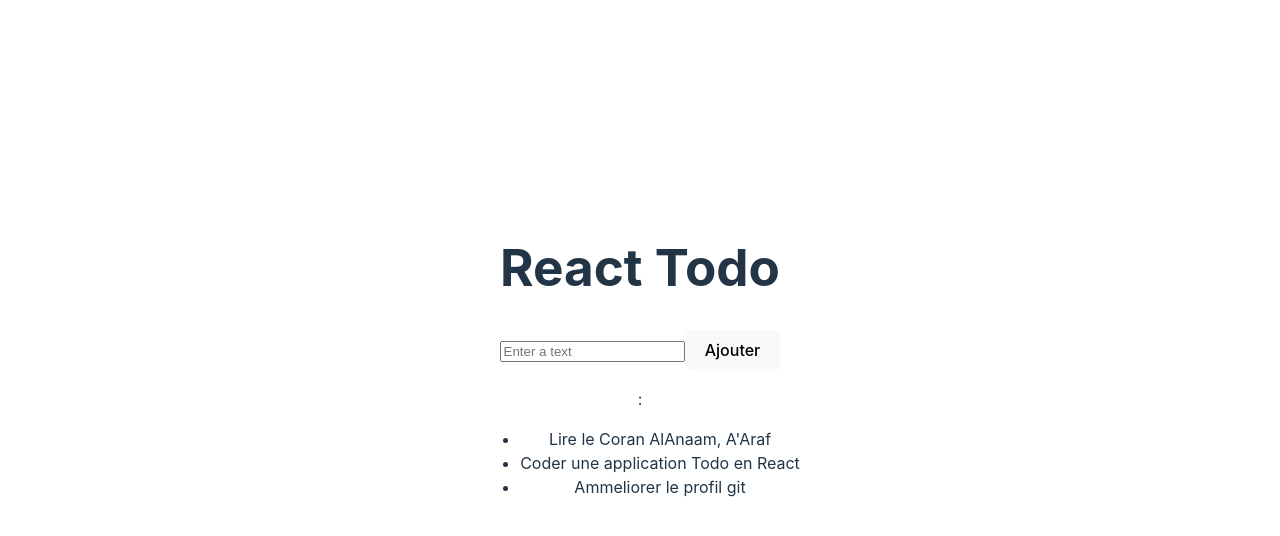
Repository: feyroozecode/React-Todo
Page: /
The author's editor kept a copy of each file at every save. The page is drawn from the files as they stood at one save, then again after the next save.
The browser window is 1280 px wide. The pictures show the whole page.
The project was rebuilt for these pictures with package versions that can differ from the ones it lists, and the page was loaded fresh each time. Also part of the build but not shown: vite.config.js.

Above is the page before, as saved 2023-09-21 10:51:42.

### src/App.jsx
import { useState } from 'react'

import './App.css'

export default function App() {

  const initialList = [
      'Lire le Coran AlAnaam, A\'Araf ' ,
      'Coder une application Todo en React',
      'Ammeliorer le profil git '
    ]

  const [todos, setTodos] = useState(initialList)
  const [input, setInput] = useState('')

  const handleInputChange = (e) =>  {
    setInput(e.target.value)
  }

  function handleAdd() {
    const item = todos.concat({ input })

    setTodos(item)
  }

  return (
    <>
      <div>
        <center> <h1> React Todo </h1> </center>
      </div>

      <div>
        <input
            type="text"
            placeholder='Enter a text'
            value={input}
            onChange={handleInputChange}
            />
        <button
          onClick={handleAdd}
          type='button'
          >Ajouter</button>
         <p>
          : <strong> { input } </strong>
          </p>

      </div>

     <ul>
      {
        todos.map(((item, index) => (
          <li key={index}> { item } </li>
        )))
      }
     </ul>

    </>
  )
}

Loaded but not shown: index.html (common file); src/main.jsx (common file); src/index.css (common file); src/App.css (common file)

After the next save:
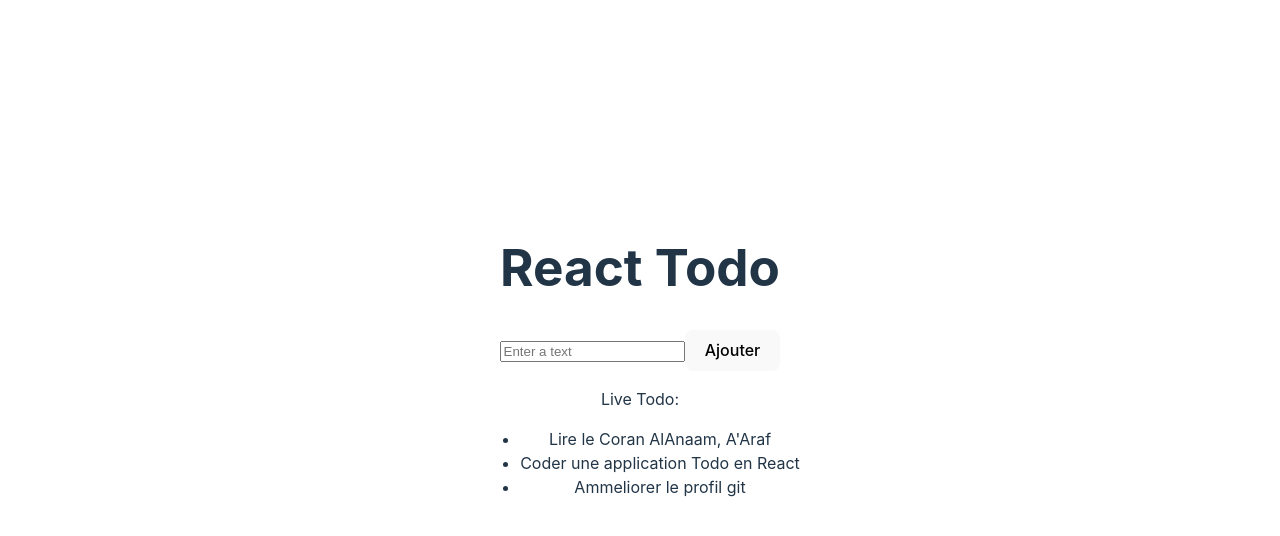
Saved 4 s later.
--- a/src/App.jsx
+++ b/src/App.jsx
@@ -41,7 +41,7 @@
           type='button'
           >Ajouter</button>
          <p>
-          : <strong> { input } </strong>
+          Live Todo: <strong> { input } </strong>
           </p>
 
       </div>
